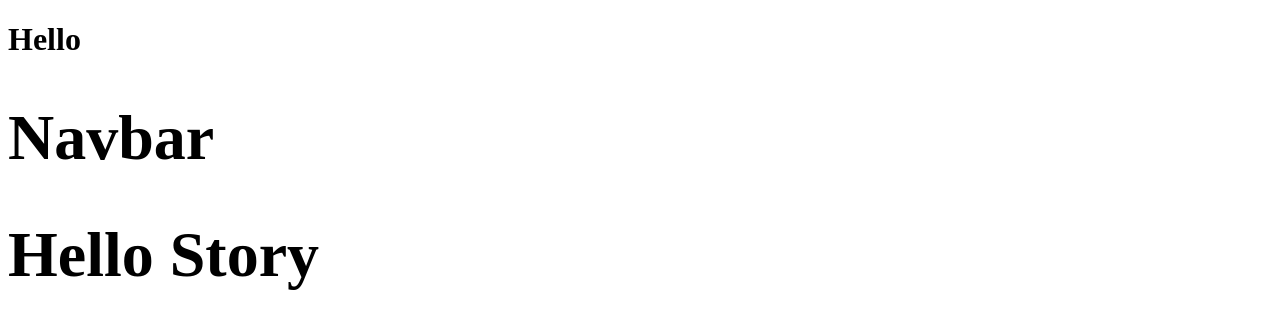
Repository: supakorn5039-boon/React-s
Page: /
An editor plug-in stored every save of this project. The page is shown before and after a run of saves, followed by the edit.
The browser window is 1280 px wide. The pictures show the whole page.
The project was rebuilt for these pictures with package versions that can differ from the ones it lists, and the page was loaded fresh each time. Also part of the build but not shown: vite.config.js.

Above is the page before, as saved 2024-01-08 23:38:29.

### src/App.jsx
export default function App() {
  function Navbar() {
    return (
      <>
        <h1>Navbar</h1>
      </>
    );
  }

  const Story = () => {
    return (
      <>
        <h1>Hello Story</h1>
      </>
    );
  };

  return (
    <h1>
      Hello
      <Navbar />
      <Story />
    </h1>
  );
}

Loaded but not shown: index.html (common file); src/main.jsx (common file); src/components/Navbar.jsx (common file)

After the next 5 saves:
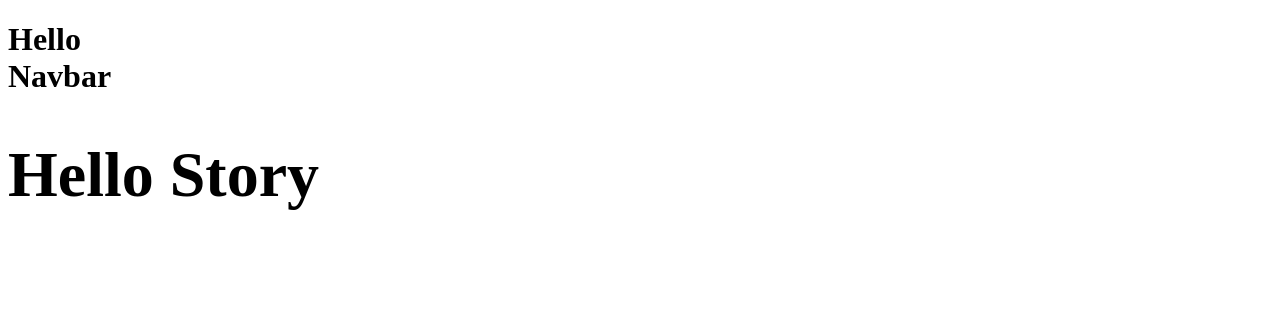
The 5 saves are shown as one change because 2 did not build or start and some came seconds apart.
The last was saved 25 s later.
--- a/src/App.jsx
+++ b/src/App.jsx
@@ -1,12 +1,6 @@
+import Navbar from "./components/Navbar";
+
 export default function App() {
-  function Navbar() {
-    return (
-      <>
-        <h1>Navbar</h1>
-      </>
-    );
-  }
-
   const Story = () => {
     return (
       <>
